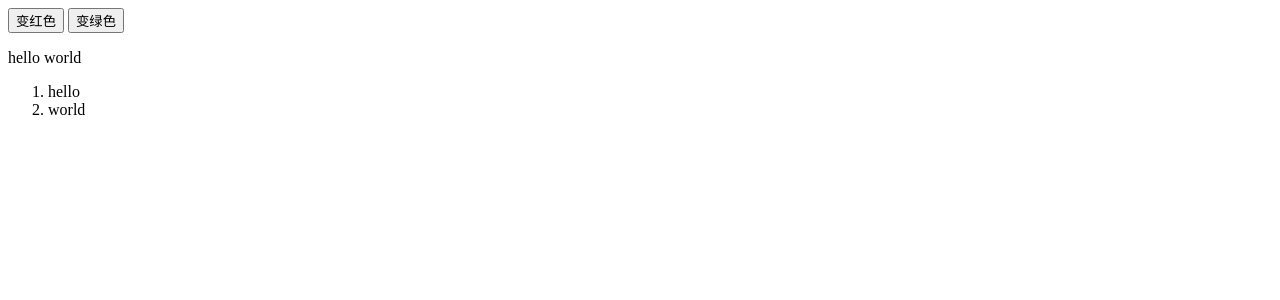
Repository: zhongmoumou/Codes
Page: 测试.html
These files come from the project's save history. The page is drawn as it stood at one moment and after a run of saves; the edit follows.
The browser window is 1280 px wide. The pictures show the whole page.

Above is the page before, as saved 2021-12-08 20:48:47.

### 测试.html
<!DOCTYPE html>
<html lang="en">
<head>
  <meta charset="UTF-8">
  <meta http-equiv="X-UA-Compatible" content="IE=edge">
  <meta name="viewport" content="width=device-width, initial-scale=1.0">
  <title>Document</title>
  <script src="测试.js"></script>
</head>
<body>
  <button id="one">变红色</button>
  <button id="two">变绿色</button>
  <p id="ps" style="color: black;">hello world</p>
  <ol id="ol">
    <li>hello</li>
    <li>world</li>
  </ol>

  <script>
    // 1、获取事件源
    let btn1 = document.getElementById('one');
    let btn2 = document.getElementById('two');
    let p = document.getElementById('ps');
    let ol = document.getElementById('ol');
    let li = ol.getElementsByTagName('li');

    // 2、确定事件类型、完成事件处理程序
    btn1.onclick = function() {
      p.style = 'color: red;font-size: 40px';
    }
    btn2.onclick = function() {
      p.style = 'color: green';
    }
  </script>
</body>
</html>

Loaded but not shown: 测试.js (no stored copy; drawn as an empty file)

After the next 2 saves:
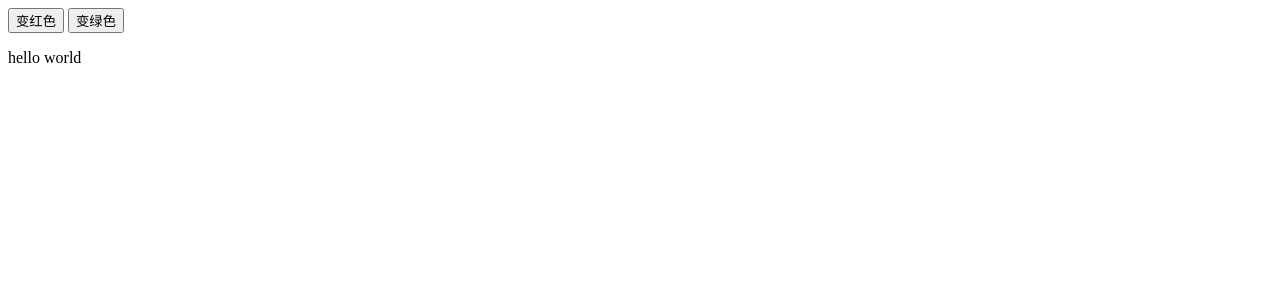
The 2 saves are shown as one change because they came seconds apart.
The last was saved 12 s later.
--- a/测试.html
+++ b/测试.html
@@ -11,18 +11,12 @@
   <button id="one">变红色</button>
   <button id="two">变绿色</button>
   <p id="ps" style="color: black;">hello world</p>
-  <ol id="ol">
-    <li>hello</li>
-    <li>world</li>
-  </ol>
 
   <script>
     // 1、获取事件源
     let btn1 = document.getElementById('one');
     let btn2 = document.getElementById('two');
     let p = document.getElementById('ps');
-    let ol = document.getElementById('ol');
-    let li = ol.getElementsByTagName('li');
 
     // 2、确定事件类型、完成事件处理程序
     btn1.onclick = function() {
